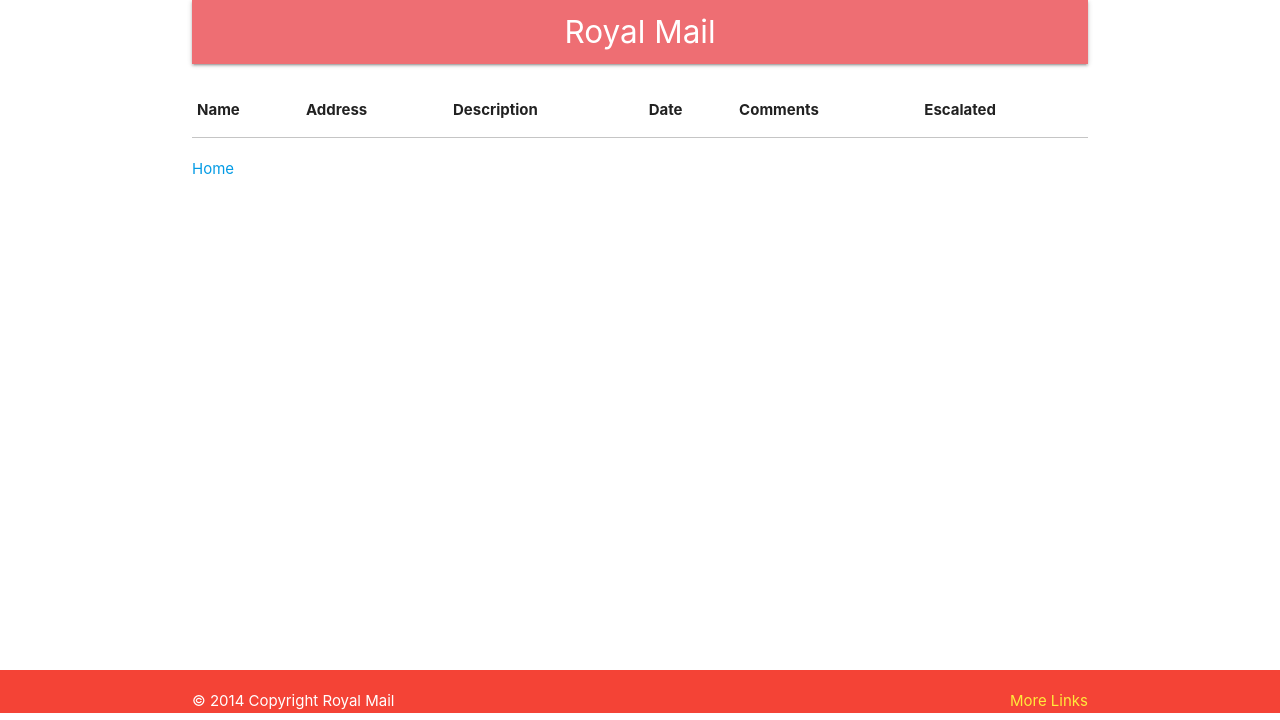
Repository: bandyp/Postal-Reminders
Page: http://localhost/see_route
The author's editor kept a record of every edit. The page is drawn from the files as they stood at one moment, then again after the next edit.
The browser window is 1280 px wide. The pictures show the whole page.
The page is served by the project's application, run on Flask 3 (app.py). Queries for data that is not in the repository find no rows.

Above is the page before.

### templates/route.html
{% extends 'base.html' %} {% block content %}



<div class="row">
  <nav col s9>
    <div class="nav-wrapper">
      <a href="{{ url_for('goto_home') }}" class="brand-logo center">Royal Mail</a>
    </div>
  </nav>
</div>
<div class="row">
  <div>
    <table>
      <thead>
        <tr>
          <th>Name</th>
          <th>Address</th>
          <th>Description</th>
          <th>Date</th>
          <th>Comments</th>
          <th>Escalated</th>
        </tr>
      </thead>

      <tbody>

        <tr>
          {% for login in logins %}{% for incident in incidents %}
          <td>{{login.reported_by}}</td>
          <td>{{login.walk_no}}</td>
          <td>{{login.post_code}}</td>
          <td>{{incident.number}} {{incident.street_name}}</td>
          <td>{{incident.incident_description}}</td>
          <td>{{incident.date_reported}}</td>
          <td>{{incident.comments}}</td>
          <td>{{incident.management_aware}}</td>
          <td><a href="{{url_for('edit_incident', incident_id=incident._id)}}" class="waves-effect red waves-light btn">Edit</a></td>
          <td><a href="{{url_for('delete_incident', incident_id=incident._id)}}" class="waves-effect red waves-light btn">Delete</a></td>
        </tr>
        {% endfor %}{% endfor %}
      </tbody>
    </table>


  </div>

</div>
<div class="card-action">
  <a href="{{ url_for('goto_home') }}">Home</a>
</div>


{% endblock %}

### templates/base.html
<!DOCTYPE html>
<html lang="en">

<head>
  <!-- Required meta tags -->
  <meta charset="utf-8">
  <meta name="viewport" content="width=device-width, initial-scale=1, shrink-to-fit=no">

  <!-- Framework CSS -->
  <link href="https://fonts.googleapis.com/icon?family=Material+Icons" rel="stylesheet">
  <link rel="stylesheet" href="https://cdnjs.cloudflare.com/ajax/libs/materialize/1.0.0/css/materialize.min.css">
  <link rel="stylesheet" href="{{url_for('static', filename='style.css')}}" type="text/css" />
  <style>
    #expand {
      margin-top: 1vh;
      margin-bottom: 1vh;
    }
  </style>
  <title>Postal</title>
</head>

<body>
  <div class="container">
    {% block content %} {% endblock %}
  </div>
  <footer id="expand" class="page-footer red">

    <div class="container">
      © 2014 Copyright Royal Mail
      <a class="yellow-text redtext-lighten-4 right" href="#!">More Links</a>
    </div>

  </footer>
  <script src="https://cdnjs.cloudflare.com/ajax/libs/materialize/1.0.0/js/materialize.min.js"></script>
  <script src="https://code.jquery.com/jquery-3.4.1.min.js" integrity="sha256-CSXorXvZcTkaix6Yvo6HppcZGetbYMGWSFlBw8HfCJo=" crossorigin="anonymous"></script>
  <script>
    document.addEventListener('DOMContentLoaded', function() {
      var elems = document.querySelectorAll('.fixed-action-btn');
      var instances = M.FloatingActionButton.init(elems, {
        toolbarEnabled: true
      });
    });

    document.addEventListener('DOMContentLoaded', function() {
      var elems = document.querySelectorAll('select');
      var instances = M.FormSelect.init(elems);
    });

    document.addEventListener('DOMContentLoaded', function() {
      var elems = document.querySelectorAll('.datepicker');
      var instances = M.Datepicker.init(elems);
    });
  </script>
</body>

</html>

### app.py
import os
from flask import Flask, render_template, redirect, request, url_for
from flask_pymongo import PyMongo
from bson.objectid import ObjectId

app = Flask(__name__)
app.config["MONGO_DBNAME"] = 'route_reminders'
app.config["MONGO_URI"] = 'mongodb+srv://bandyp:Ema1LandreW@myfirstcluster-ehsli.mongodb.net/route_reminders?retryWrites=true&w=majority'

mongo = PyMongo(app)

@app.route('/')
@app.route('/reminders')
def reminders():
    return render_template("login.html", logins=mongo.db.logins.find())

@app.route('/insert_login', methods=['POST'])
def insert_login():
    logins = mongo.db.logins
    logins.insert_one(request.form.to_dict())
    return redirect(url_for('get_incidents'))

@app.route('/get_incidents')
def get_incidents():
    return render_template("incidents.html", incidents=mongo.db.incidents.find(), logins=mongo.db.logins.find())

@app.route('/insert_hazard', methods=['POST'])
def insert_hazard():
    incidents = mongo.db.incidents
    incidents.insert_one(request.form.to_dict())
    return redirect(url_for('get_incidents'))

@app.route('/goto_home')
def goto_home():
    return render_template("incidents.html", incidents=mongo.db.incidents.find(), logins=mongo.db.logins.find())

@app.route('/add_hazard')
def add_hazard():
    return render_template("addhazard.html")

@app.route('/add_access')
def add_access():
    return render_template("addaccess.html")

@app.route('/add_request')
def add_request():
    return render_template("addrequest.html")

@app.route('/edit_incident/<incident_id>')
def edit_incident(incident_id):
    the_incident =  mongo.db.incidents.find_one({"_id": ObjectId(incident_id)})
    return render_template('editincident.html', incident=the_incident)

@app.route('/delete_incident/<incident_id>')
def delete_incident(incident_id):
    mongo.db.incidents.remove({'_id': ObjectId(incident_id)})
    return redirect(url_for('get_incidents'))

@app.route('/see_route')
def see_route():
    return render_template("route.html", incidents=mongo.db.incidents.find(), logins=mongo.db.logins.find())




if __name__ == '__main__':
    app.run(host=os.environ.get('IP'),
            port=int(os.environ.get('PORT')),
            debug=True)

### static/style.css

/* to allow for footer */
body {
    display: flex;
    min-height: 100vh;
    flex-direction: column;
}

/* to allow for footer */
main {
    flex: 1 0 auto;
}

/* raised main page to be higher above footer */
.page {
    margin-bottom: 10vh;
}

/* to make all buttons consistent */
.btn {
     margin:1vw;
     width: 100px;
}

/* elements of footer */
footer {
    position: fixed;
    bottom: 0;
    left: 0;
    width: 100%;
    z-index: +1000;
}

/* raise the button to be higher than the footer */
.incident_button {
    margin-bottom: 8vh;
}

After the next edit:
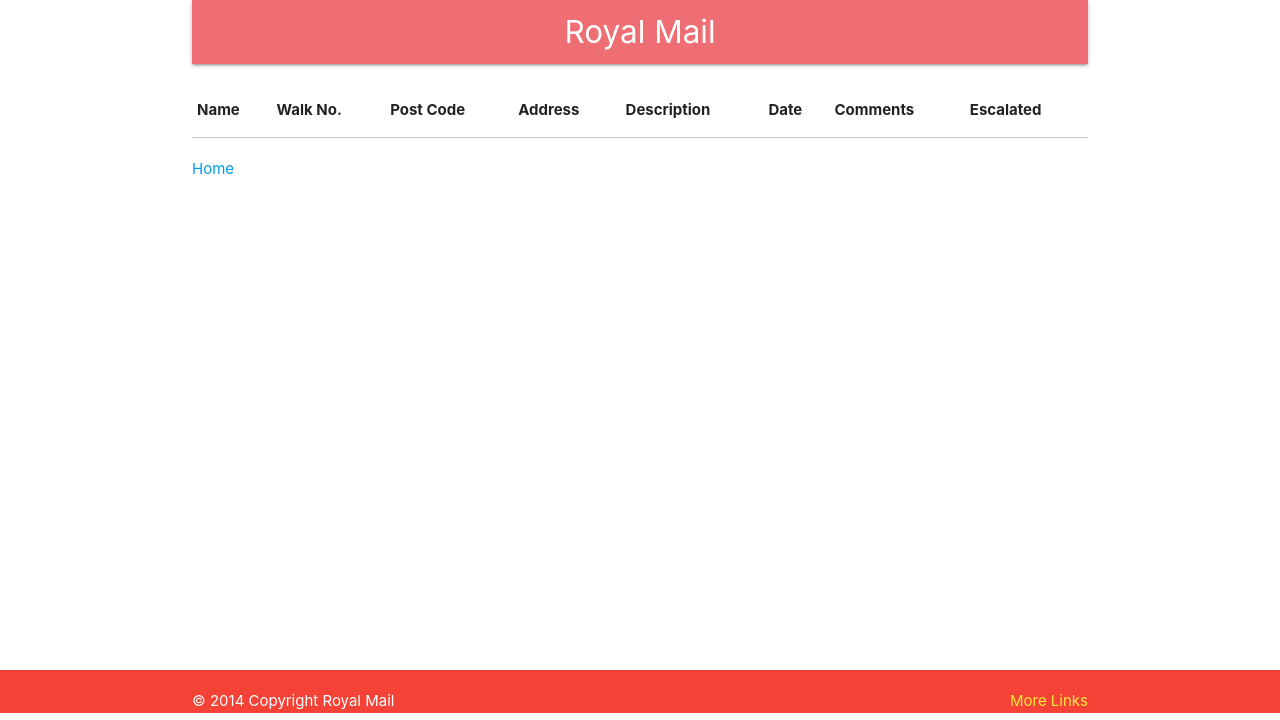
The edit:
--- a/templates/route.html
+++ b/templates/route.html
@@ -15,6 +15,8 @@
       <thead>
         <tr>
           <th>Name</th>
+          <th>Walk No.</th>
+          <th>Post Code</th>
           <th>Address</th>
           <th>Description</th>
           <th>Date</th>
